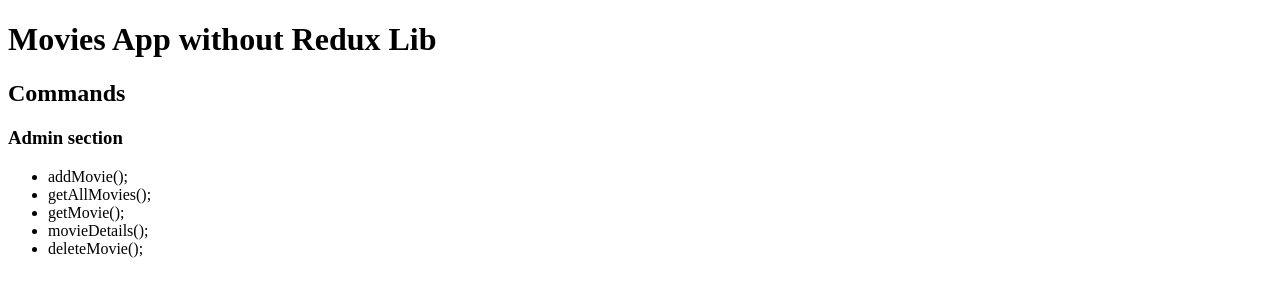
Repository: Kischa-hub/implement-Redux-from-scratch
Page: movies.html
The author's editor kept a copy of each file at every save. The page is drawn from the files as they stood at one save, then again after the next save.
The browser window is 1280 px wide. The pictures show the whole page.

Above is the page before, as saved 2021-02-03 15:17:11.

### movies.html
<!DOCTYPE html>
<html lang="en">
  <head>
    <meta charset="UTF-8" />
    <meta name="viewport" content="width=device-width, initial-scale=1.0" />
    <title>Movies</title>
  </head>
  <body>
    <script src="movieapp.js"></script>
    <h1>Movies App without Redux Lib</h1>
    <h2>Commands</h2>
    <h3>Admin section</h3>
    <ul>
      <li>addMovie();</li>
      <li>getAllMovies();</li>
      <li>getMovie();</li>
      <li>movieDetails();</li>
      <li>deleteMovie();</li>
    </ul>
  </body>
</html>

### movieapp.js
//Movie Object
//var Movie = {id:"000", name:"Joker", details:"Tragedy"};

//Movie Reducer
const movie = (state = {}, action) => {
  switch (action.type) {
    case "ADD_MOVIE":
      return { id: action.id, name: action.name, details: action.details };

    case "ADD_DETAILS":
      //if it is not the selected one return it as it is
      if (state.id !== action.id) {
        return state;
      }
      return {
        //if it is the selected one then return the Movie and Update Details
        ...state,
        details: state.details,
      };

    default:
      return state;
  }
};

//Movies Reducer
const movies = (state = [], action) => {
  switch (action.type) {
    case "ADD_MOVIE":
      return [...state, movie(undefined, action)];

    case "ADD_DETAILS":
      return state.map((m) => movie(m, action));

    case "DELETE_MOVIE":
      const movieId = action.payload;
      const index = state.findIndex((movie) => movie.Id == movieId);
      console.log("index:", index);
      return [...state.slice(0, index).concat(state.slice(index + 1))];

    default:
      return state;
  }
};
//=========================================================================================================
//redux Store
//createstore without Redux Lib from scratch
const createStore = (reducer) => {
  let state;
  let listeners = [];
  const getState = () => state;
  const dispatch = (action) => {
    state = reducer(state, action);
    listeners.forEach((listener) => listener());
  };
  const subscribe = (listener) => {
    listeners.push(listener);
    return () => {
      //not understand this line
      listeners = listeners.filter((l) => l !== listener);
    };
  };
  dispatch({});

  return { getState, dispatch, subscribe };
};

//Define Store
const store = createStore(movies);

//===================================================================================================
//Methods

const getAllMovies = () => {
  console.log(store.getState());
};

//kareem

const addMovie = (movieName, details = "") => {
  store.dispatch({
    type: "ADD_MOVIE",
    id: Date.now(),
    name: movieName,
    details: details,
  });
};

//using payload
const addMovie2 = (movieName, details = "") => {
  store.dispatch({
    type: "ADD_MOVIE",
    payload: { id: Date.now(), name: movieName, details: details },
  });
};

const deleteMovie = (movieId) => {
  store.dispatch({ type: "DELETE_MOVIE", id: movieId });
};
//store.dispatch({ type: "INCREMENT" });
//store.dispatch({ type: "DECREMENT" });

store.subscribe(() => {
  console.log("Store wird erfolgreich aktualisiert");
});

getAllMovies();

After the next save:
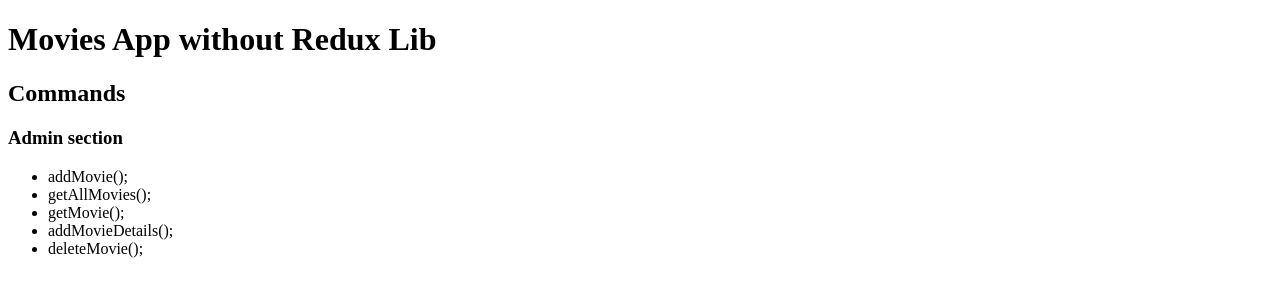
Saved 4 min 39 s later.
--- a/movies.html
+++ b/movies.html
@@ -14,7 +14,7 @@
       <li>addMovie();</li>
       <li>getAllMovies();</li>
       <li>getMovie();</li>
-      <li>movieDetails();</li>
+      <li>addMovieDetails();</li>
       <li>deleteMovie();</li>
     </ul>
   </body>
